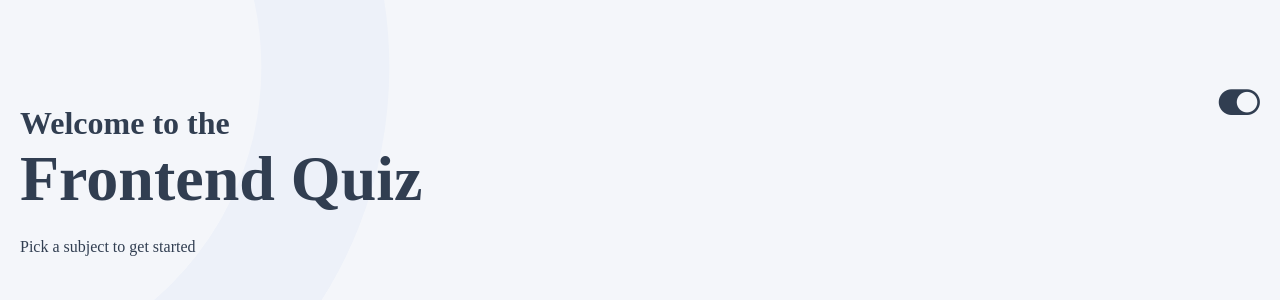
Repository: Daniel054311/Quiz-app-V1
Page: index.html
The author's editor kept a copy of each file at every save. The page is drawn from the files as they stood at one save, then again after the next save.
The browser window is 1280 px wide. The pictures show the whole page.

Above is the page before, as saved 2024-02-01 10:47:25.

### index.html
<!DOCTYPE html>
<html lang="en">

<head>
    <meta charset="UTF-8">
    <meta name="viewport" content="width=device-width, initial-scale=1.0">
    <title>Quiz-App</title>
    <link rel="stylesheet" type="text/css" href="/asset/style/index.css">
    <link rel="stylesheet" href="https://cdnjs.cloudflare.com/ajax/libs/font-awesome/4.7.0/css/font-awesome.min.css">

</head>

<body class="light-mode">
    <div class="parent-container">
        <div class="left-container">
            <h1><span class="Welcome">Welcome to the </span><br><span class="Quiz">Frontend Quiz</h1></span>

            </h1>

            <p>Pick a subject to get started</p>

        </div>
        <div class="right-container">
            <i id="darkModeToggle" class="fa fa-toggle-on" style="font-size:36px"></i>



            <div class="navigation" id="navigation"></div>
        </div>
    </div>
    <script type="module" src="./asset/script/index.js"></script>

</body>

</html>

### asset/style/index.css

body {
    margin: 0 !important;
    display: flex;
    align-items: center;
    justify-content: center;
    height: 100% !important;
    font-family: Rubik;

  }

  .parent-container {
    box-sizing:border-box;
    margin:0 !important;
    height:100vh !important;
    width: 100% !important;
    display: flex;
    flex-direction:row;
    background-image:url("/images/pattern-background-desktop-light.svg");
    background-size:cover;
    background-color:#f4f6fA;

  }

  .left-container {
    flex: 1;
    padding: 20px;
    text-align:left;
    margin-top: 5%;/* Add a border between left and right containers */
  }

  .right-container {
    flex: 1;
    padding: 20px;
    text-align:right;
    display:flex;
    flex-direction:column;
    margin-top: 5%;
  }
  body.light-mode{
    background-color:#ffffff !important;
    color:#313E51 !important;
  }
  body.dark-mode{
    background-color:#313E51 !important;
    color: #ffffff!important;
  }
  /* .navigation ul {
    list-style: none;
    padding: 0;
    display: flex;
    flex-direction: column;
  } */

  /* .navigation li {
    margin-right: 20px;
    margin-bottom: 10px;
    text-align: center; */


     /* Add space between buttons */


  .navigation a {
    /* display: block; */
    padding: 20px;
    /* text-decoration: none; */
    color: #313E51;
    background-color: #ffffff;
    /* border: 2px solid #ffffff; */
    border-radius: 24px;
    margin-right: 10px;
    gap: 32px;
    font-size: 28px;

  }

.list-item {
    display: flex;
    align-items: center;
    margin-bottom: 10px; /* Add spacing between items */
    padding: 10px;
    background-color:#ffffff;
    border-radius: 25px;
    list-style: none;
    gap:30px;
    cursor: pointer;
  }

  /* .image {
    width: 50px;
    height: 50px;
    border-radius:15px;
    margin-right: 10px;
      */
  /* }

  .content {
    flex: 1; */ */

  .left-container .Welcome{
    font-size: 64px;
    color:#313E51;
    font-style: normal;
  }
  .left-container .Quiz{
    font-size: 64px;
    font-style: bold;
  }
  .left-container .p{
    color: #626C7F;
    font-size: 20px;
  }

  .image{
    border-radius:7px;
  }

  /* .header.h1 {
    text-align: center;
    font-weight: 500;
    font-size:25px;

  }
   */
  /* .user-controls {
    /* Add styles for user controls if needed */
  /* }

  .navigation {
    text-align: center;
  }

  .navigation ul {
    list-style: none;
    padding: 0;
    flex-direction: column;
    align-items:center
  }

  .navigation li {
    margin-bottom: 10px;
  }
   */



  /* .navigation a:hover {
    background-color: #ddd;
  } */

### asset/script/index.js
var __awaiter = (this && this.__awaiter) || function (thisArg, _arguments, P, generator) {
    function adopt(value) { return value instanceof P ? value : new P(function (resolve) { resolve(value); }); }
    return new (P || (P = Promise))(function (resolve, reject) {
        function fulfilled(value) { try { step(generator.next(value)); } catch (e) { reject(e); } }
        function rejected(value) { try { step(generator["throw"](value)); } catch (e) { reject(e); } }
        function step(result) { result.done ? resolve(result.value) : adopt(result.value).then(fulfilled, rejected); }
        step((generator = generator.apply(thisArg, _arguments || [])).next());
    });
};
var __generator = (this && this.__generator) || function (thisArg, body) {
    var _ = { label: 0, sent: function() { if (t[0] & 1) throw t[1]; return t[1]; }, trys: [], ops: [] }, f, y, t, g;
    return g = { next: verb(0), "throw": verb(1), "return": verb(2) }, typeof Symbol === "function" && (g[Symbol.iterator] = function() { return this; }), g;
    function verb(n) { return function (v) { return step([n, v]); }; }
    function step(op) {
        if (f) throw new TypeError("Generator is already executing.");
        while (g && (g = 0, op[0] && (_ = 0)), _) try {
            if (f = 1, y && (t = op[0] & 2 ? y["return"] : op[0] ? y["throw"] || ((t = y["return"]) && t.call(y), 0) : y.next) && !(t = t.call(y, op[1])).done) return t;
            if (y = 0, t) op = [op[0] & 2, t.value];
            switch (op[0]) {
                case 0: case 1: t = op; break;
                case 4: _.label++; return { value: op[1], done: false };
                case 5: _.label++; y = op[1]; op = [0]; continue;
                case 7: op = _.ops.pop(); _.trys.pop(); continue;
                default:
                    if (!(t = _.trys, t = t.length > 0 && t[t.length - 1]) && (op[0] === 6 || op[0] === 2)) { _ = 0; continue; }
                    if (op[0] === 3 && (!t || (op[1] > t[0] && op[1] < t[3]))) { _.label = op[1]; break; }
                    if (op[0] === 6 && _.label < t[1]) { _.label = t[1]; t = op; break; }
                    if (t && _.label < t[2]) { _.label = t[2]; _.ops.push(op); break; }
                    if (t[2]) _.ops.pop();
                    _.trys.pop(); continue;
            }
            op = body.call(thisArg, _);
        } catch (e) { op = [6, e]; y = 0; } finally { f = t = 0; }
        if (op[0] & 5) throw op[1]; return { value: op[0] ? op[1] : void 0, done: true };
    }
};
// Function to make a Fetch API call for Interface 1
function fetchData() {
    return __awaiter(this, void 0, void 0, function () {
        var response, data, error_1;
        return __generator(this, function (_a) {
            switch (_a.label) {
                case 0:
                    _a.trys.push([0, 3, , 4]);
                    return [4 /*yield*/, fetch('./data.json')];
                case 1:
                    response = _a.sent();
                    if (!response.ok) {
                        throw new Error("HTTP error! Status: ".concat(response.status));
                    }
                    return [4 /*yield*/, response.json()];
                case 2:
                    data = _a.sent();
                    return [2 /*return*/, data];
                case 3:
                    error_1 = _a.sent();
                    console.error('Error fetching data1:', error_1.message);
                    throw error_1;
                case 4: return [2 /*return*/];
            }
        });
    });
}

After the next save:
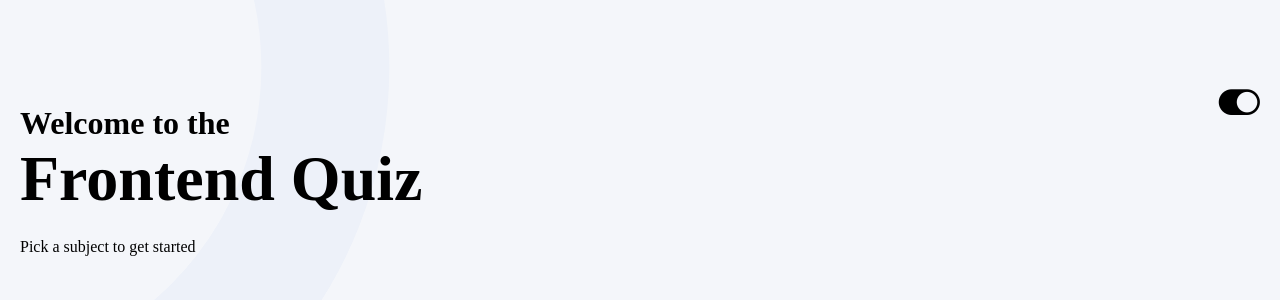
Saved 45 s later.
--- a/asset/style/index.css
+++ b/asset/style/index.css
@@ -39,7 +39,7 @@ body {
   }
   body.light-mode{
     background-color:#ffffff !important;
-    color:#313E51 !important;
+    color:# !important;
   }
   body.dark-mode{
     background-color:#313E51 !important;
